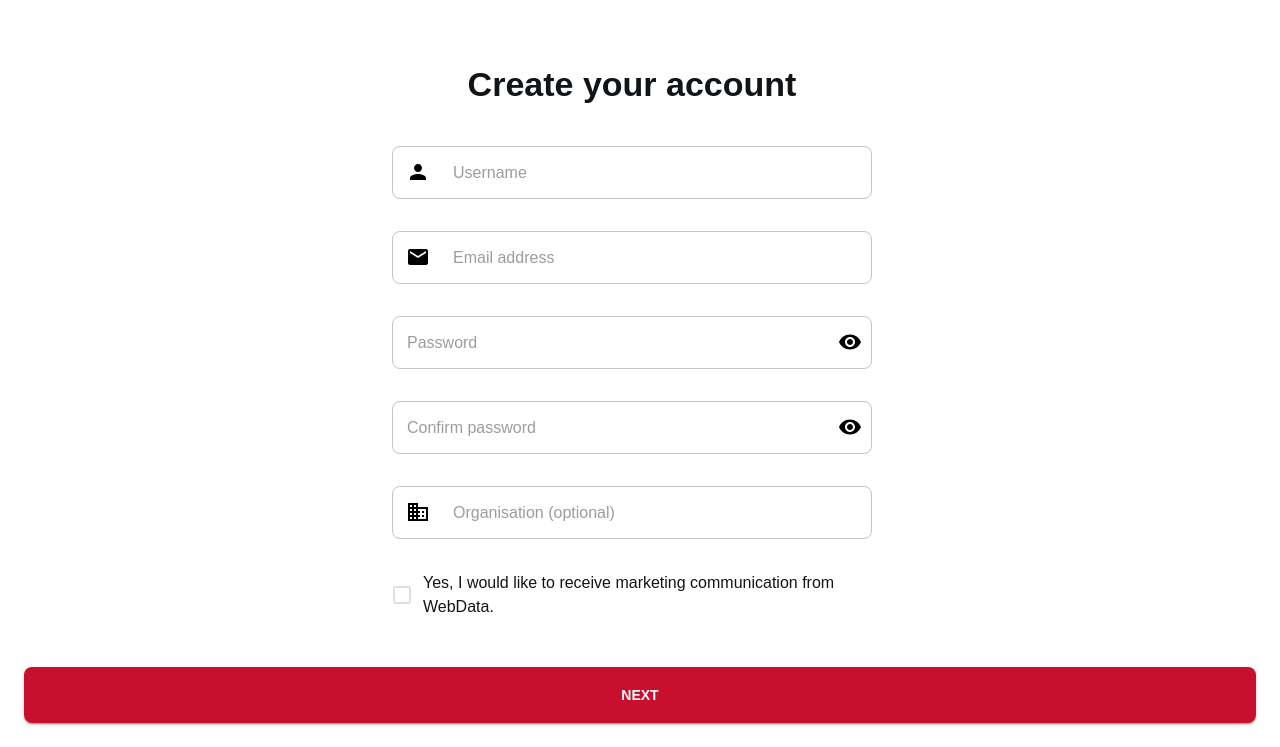
Repository: Pascal-Ahmadu/Tender-download-system
Page: /register (app in frontend/)
An editor plug-in stored every save of this project. The page is shown before and after the next save, followed by the edit.
The browser window is 1280 px wide. The pictures show the whole page.
The page's requests for data from a server got no answer. Some web fonts or font styles are not loaded; a fallback is used. The project was rebuilt for these pictures with package versions that can differ from the ones it lists, and the page was loaded fresh each time. No one was signed in, and anything a server would have sent is missing. Also part of the build but not shown: frontend/vite.config.js, frontend/src/components/pages/LoginPage.jsx.

Above is the page before, as saved 2024-07-31 08:12:43.

### frontend/index.html
<!DOCTYPE html>
<html lang="en">
  <head>
    <meta charset="UTF-8" />
    <link rel="icon" type="image/svg+xml" href="/vite.svg" />
    <link
      href="https://fonts.googleapis.com/css2?family=Bento:wght@400;700&display=swap"
      rel="stylesheet"
    />

    <meta name="viewport" content="width=device-width, initial-scale=1.0" />
    <title>Vite + React</title>
  </head>
  <body>
    <div id="root"></div>
    <script type="module" src="/src/main.jsx"></script>
  </body>
</html>

### frontend/src/main.jsx
import React from "react";
import ReactDOM from "react-dom/client";
import App from "./App.jsx";
import "./index.css";
import { AuthProvider } from "./components/contexts/AuthContext.jsx";

ReactDOM.createRoot(document.getElementById("root")).render(
  <React.StrictMode>
    <AuthProvider>
      <App />
    </AuthProvider>
  </React.StrictMode>
);

### frontend/src/App.jsx
import React from "react";
import { BrowserRouter as Router, Routes, Route } from "react-router-dom";
import LoginPage from "./components/pages/LoginPage";
import RegistrationForm from "./components/pages/RegistrationPage";
import { createTheme, ThemeProvider } from "@mui/material/styles";

// Create a theme instance
const theme = createTheme({
  typography: {
    fontFamily: "Bento, sans-serif",
  },
});

const app = () => {
  return (
    <ThemeProvider theme={theme}>
      <Router>
        <Routes>
          <Route path="/" element={<LoginPage />} />
          <Route path="/register" element={<RegistrationForm />} />
        </Routes>
      </Router>
    </ThemeProvider>
  );
};

export default app;

### frontend/src/index.css
:root {
  font-family: "Bento", sans-serif;

  line-height: 1.5;
  font-weight: 400;

  color-scheme: white;
  color: rgba(255, 255, 255, 0.87);
  background-color: white;

  font-synthesis: none;
  text-rendering: optimizeLegibility;
  -webkit-font-smoothing: antialiased;
  -moz-osx-font-smoothing: grayscale;
}

body {
  font-family: "Merriweather", serif;
}

a {
  font-weight: 500;
  color: #646cff;
  text-decoration: inherit;
}
a:hover {
  color: #535bf2;
}

h1 {
  font-size: 3.2em;
  line-height: 1.1;
}

button {
  border-radius: 8px;
  border: 1px solid transparent;
  padding: 0.6em 1.2em;
  font-size: 1em;
  font-weight: 500;
  font-family: inherit;
  background-color: #1a1a1a;
  cursor: pointer;
  transition: border-color 0.25s;
}
button:hover {
  border-color: #646cff;
}
button:focus,
button:focus-visible {
  outline: 4px auto -webkit-focus-ring-color;
}

@media (prefers-color-scheme: light) {
  :root {
    color: #213547;
    background-color: #ffffff;
  }
  a:hover {
    color: #747bff;
  }
  button {
    background-color: #f9f9f9;
  }
}

### frontend/src/components/contexts/AuthContext.jsx
import React, { createContext, useState, useEffect, useContext } from "react";
import axios from "axios";

const API_BASE_URL = "http://localhost:5000";

axios.defaults.baseURL = API_BASE_URL;

const AuthContext = createContext();

const AuthProvider = ({ children }) => {
  const [user, setUser] = useState(null);

  // Fetch user on app load
  useEffect(() => {
    const fetchUser = async () => {
      try {
        const res = await axios.get("/api/auth/current", {
          withCredentials: true,
        });
        setUser(res.data.user);
      } catch (err) {
        console.error(err.response ? err.response.data.msg : err.message);
      }
    };

    fetchUser();
  }, []);

  const register = async (email, password) => {
    try {
      await axios.post(
        "/api/auth/register",
        { email, password },
        { withCredentials: true }
      );
      // Optionally fetch user data if needed
    } catch (err) {
      throw new Error(err.response ? err.response.data.msg : err.message);
    }
  };

  const login = async (email, password) => {
    try {
      await axios.post(
        "/api/auth/login",
        { email, password },
        { withCredentials: true }
      );
      const res = await axios.get("/api/auth/current", {
        withCredentials: true,
      });
      setUser(res.data.user);
    } catch (err) {
      throw new Error(err.response ? err.response.data.msg : err.message);
    }
  };

  const logout = async () => {
    try {
      await axios.post("/api/auth/logout", {}, { withCredentials: true });
      setUser(null);
    } catch (err) {
      console.error(err.response ? err.response.data.msg : err.message);
    }
  };

  return (
    <AuthContext.Provider value={{ user, register, login, logout }}>
      {children}
    </AuthContext.Provider>
  );
};

// Custom hook to use the AuthContext
const useAuth = () => {
  const context = useContext(AuthContext);
  if (context === undefined) {
    throw new Error("useAuth must be used within an AuthProvider");
  }
  return context;
};

export { AuthProvider, useAuth };

### frontend/src/components/pages/RegistrationPage.jsx
import React, { useState, useEffect } from "react";
import {
  TextField,
  Button,
  Box,
  Typography,
  Checkbox,
  FormControlLabel,
  InputAdornment,
  IconButton,
  LinearProgress,
  FormHelperText,
} from "@mui/material";
import {
  Visibility,
  VisibilityOff,
  Person,
  Email,
  Business,
} from "@mui/icons-material";

function SignupForm() {
  const [showPassword, setShowPassword] = useState(false);
  const [password, setPassword] = useState("");
  const [confirmPassword, setConfirmPassword] = useState("");
  const [passwordStrength, setPasswordStrength] = useState(0);
  const [passwordEntered, setPasswordEntered] = useState(false);
  const [passwordValid, setPasswordValid] = useState({
    length: false,
    uppercase: false,
    lowercase: false,
    symbol: false,
  });
  const [showRequirements, setShowRequirements] = useState(false);
  const [typingTimeout, setTypingTimeout] = useState(null);

  const handleClickShowPassword = () => setShowPassword(!showPassword);

  const handlePasswordChange = (event) => {
    const password = event.target.value;
    setPassword(password);
    setPasswordEntered(true);
    setShowRequirements(true);

    // Check password validity
    const lengthValid = password.length >= 8 && password.length <= 16;
    const uppercaseValid = /[A-Z]/.test(password);
    const lowercaseValid = /[a-z]/.test(password);
    const symbolValid = /[!@#$%^&*(),.?":{}|<>]/.test(password);

    setPasswordValid({
      length: lengthValid,
      uppercase: uppercaseValid,
      lowercase: lowercaseValid,
      symbol: symbolValid,
    });

    // Calculate strength
    setPasswordStrength(
      (lengthValid + uppercaseValid + lowercaseValid + symbolValid) * 25
    );

    // Clear previous timeout
    if (typingTimeout) clearTimeout(typingTimeout);

    // Set a new timeout
    setTypingTimeout(
      setTimeout(() => {
        setShowRequirements(false);
      }, 2000)
    ); // Hide after 2 seconds of inactivity
  };

  const handleConfirmPasswordChange = (event) => {
    setConfirmPassword(event.target.value);
  };

  const getStrengthColor = () => {
    if (passwordStrength <= 33) return "#f44336"; // Red for weak
    if (passwordStrength <= 66) return "#ff9800"; // Orange for medium
    return "#4caf50"; // Green for strong
  };

  const passwordsMatch = password === confirmPassword;

  useEffect(() => {
    // Cleanup on component unmount
    return () => {
      if (typingTimeout) clearTimeout(typingTimeout);
    };
  }, [typingTimeout]);

  return (
    <Box
      sx={{
        display: "flex",
        flexDirection: "column",
        minHeight: "100vh",
        backgroundColor: "white",
        overflow: "hidden",
      }}
    >
      <Box
        sx={{
          display: "flex",
          flexDirection: "column",
          flex: 1,
          justifyContent: "center",
          alignItems: "center",
          px: 2,
          py: 4,
        }}
      >
        <Box
          sx={{
            display: "flex",
            flexDirection: "column",
            width: "100%",
            maxWidth: "480px",
            boxSizing: "border-box",
            ml: -2, // Move the form to the left
          }}
        >
          <Typography
            variant="h4"
            sx={{
              fontWeight: "bold",
              textAlign: "center",
              color: "#111518",
              py: 3,
            }}
          >
            Create your account
          </Typography>
          <TextField
            placeholder="Username"
            fullWidth
            margin="normal"
            InputProps={{
              startAdornment: (
                <InputAdornment position="start">
                  <Person sx={{ color: "black" }} />
                </InputAdornment>
              ),
            }}
            sx={{
              "& .MuiOutlinedInput-root": {
                borderRadius: 2,
                borderColor: "#dbe1e6",
              },
              "& .MuiInputBase-input": {
                color: "#111518",
                p: "15px",
                fontSize: "1rem",
              },
              mb: 2,
            }}
          />
          <TextField
            placeholder="Email address"
            fullWidth
            margin="normal"
            InputProps={{
              startAdornment: (
                <InputAdornment position="start">
                  <Email sx={{ color: "black" }} />
                </InputAdornment>
              ),
            }}
            sx={{
              "& .MuiOutlinedInput-root": {
                borderRadius: 2,
                borderColor: "#dbe1e6",
              },
              "& .MuiInputBase-input": {
                color: "#111518",
                p: "15px",
                fontSize: "1rem",
              },
              mb: 2,
            }}
          />
          <TextField
            placeholder="Password"
            fullWidth
            type={showPassword ? "text" : "password"}
            onChange={handlePasswordChange}
            onFocus={() => setPasswordEntered(true)}
            margin="normal"
            InputProps={{
              endAdornment: (
                <InputAdornment position="end">
                  <IconButton onClick={handleClickShowPassword} edge="end">
                    {showPassword ? (
                      <VisibilityOff sx={{ color: "black" }} />
                    ) : (
                      <Visibility sx={{ color: "black" }} />
                    )}
                  </IconButton>
                </InputAdornment>
              ),
            }}
            sx={{
              "& .MuiOutlinedInput-root": {
                borderRadius: 2,
                borderColor: "#dbe1e6",
              },
              "& .MuiInputBase-input": {
                color: "#111518",
                p: "15px",
                fontSize: "1rem",
              },
              mb: 2,
            }}
          />
          {passwordEntered && showRequirements && (
            <Box sx={{ mb: 2 }}>
              <Typography variant="body2" sx={{ color: "#60778a", py: 1 }}>
                Password strength
              </Typography>
              <LinearProgress
                variant="determinate"
                value={passwordStrength}
                sx={{
                  height: 8,
                  borderRadius: 2,
                  backgroundColor: "#e0e0e0",
                  "& .MuiLinearProgress-bar": {
                    borderRadius: 2,
                    backgroundColor: getStrengthColor(),
                  },
                }}
              />
              <FormHelperText
                sx={{
                  color: "#60778a",
                  pt: 1,
                }}
              >
                <ul>
                  <li
                    style={{
                      color: passwordValid.length ? "#4caf50" : "#f44336",
                    }}
                  >
                    {passwordValid.length
                      ? "✔ Length between 8 and 16 characters"
                      : "✘ Length between 8 and 16 characters"}
                  </li>
                  <li
                    style={{
                      color: passwordValid.uppercase ? "#4caf50" : "#f44336",
                    }}
                  >
                    {passwordValid.uppercase
                      ? "✔ At least one uppercase letter"
                      : "✘ At least one uppercase letter"}
                  </li>
                  <li
                    style={{
                      color: passwordValid.lowercase ? "#4caf50" : "#f44336",
                    }}
                  >
                    {passwordValid.lowercase
                      ? "✔ At least one lowercase letter"
                      : "✘ At least one lowercase letter"}
                  </li>
                  <li
                    style={{
                      color: passwordValid.symbol ? "#4caf50" : "#f44336",
                    }}
                  >
                    {passwordValid.symbol
                      ? "✔ At least one symbol"
                      : "✘ At least one symbol"}
                  </li>
                </ul>
              </FormHelperText>
            </Box>
          )}
          <TextField
            placeholder="Confirm password"
            fullWidth
            type={showPassword ? "text" : "password"}
            onChange={handleConfirmPasswordChange}
            margin="normal"
            InputProps={{
              endAdornment: (
                <InputAdornment position="end">
                  <IconButton onClick={handleClickShowPassword} edge="end">
                    {showPassword ? (
                      <VisibilityOff sx={{ color: "black" }} />
                    ) : (
                      <Visibility sx={{ color: "black" }} />
                    )}
                  </IconButton>
                </InputAdornment>
              ),
            }}
            sx={{
              "& .MuiOutlinedInput-root": {
                borderRadius: 2,
                borderColor: "#dbe1e6",
              },
              "& .MuiInputBase-input": {
                color: "#111518",
                p: "15px",
                fontSize: "1rem",
              },
              mb: 2,
            }}
          />
          {!passwordsMatch && confirmPassword.length > 0 && (
            <FormHelperText sx={{ color: "#f44336" }}>
              Passwords do not match
            </FormHelperText>
          )}
          <TextField
            placeholder="Organisation (optional)"
            fullWidth
            margin="normal"
            InputProps={{
              startAdornment: (
                <InputAdornment position="start">
                  <Business sx={{ color: "black" }} />
                </InputAdornment>
              ),
            }}
            sx={{
              "& .MuiOutlinedInput-root": {
                borderRadius: 2,
                borderColor: "#dbe1e6",
              },
              "& .MuiInputBase-input": {
                color: "#111518",
                p: "15px",
                fontSize: "1rem",
              },
              mb: 2,
            }}
          />
          <FormControlLabel
            control={
              <Checkbox
                sx={{
                  color: "#dbe1e6",
                  "&.Mui-checked": {
                    color: "#2094f3",
                  },
                }}
              />
            }
            label="Yes, I would like to receive marketing communication from WebData."
            sx={{ color: "#111518", mt: 2 }}
          />
        </Box>
      </Box>
      <Box
        component="footer"
        sx={{
          display: "flex",
          justifyContent: "center",
          px: 2,
          py: 2,
        }}
      >
        <Button
          variant="contained"
          fullWidth // Make the button span the width of its container
          sx={{
            bgcolor: "#c8102e", // Button color
            color: "white",
            fontWeight: "bold",
            borderRadius: 2,
            py: 1.5, // Adjust vertical padding for height
            height: 56, // Match the height of text fields
            "&:hover": {
              bgcolor: "#a50f1d", // Slightly darker on hover
            },
          }}
        >
          Next
        </Button>
      </Box>
    </Box>
  );
}

export default SignupForm;

After the next save:
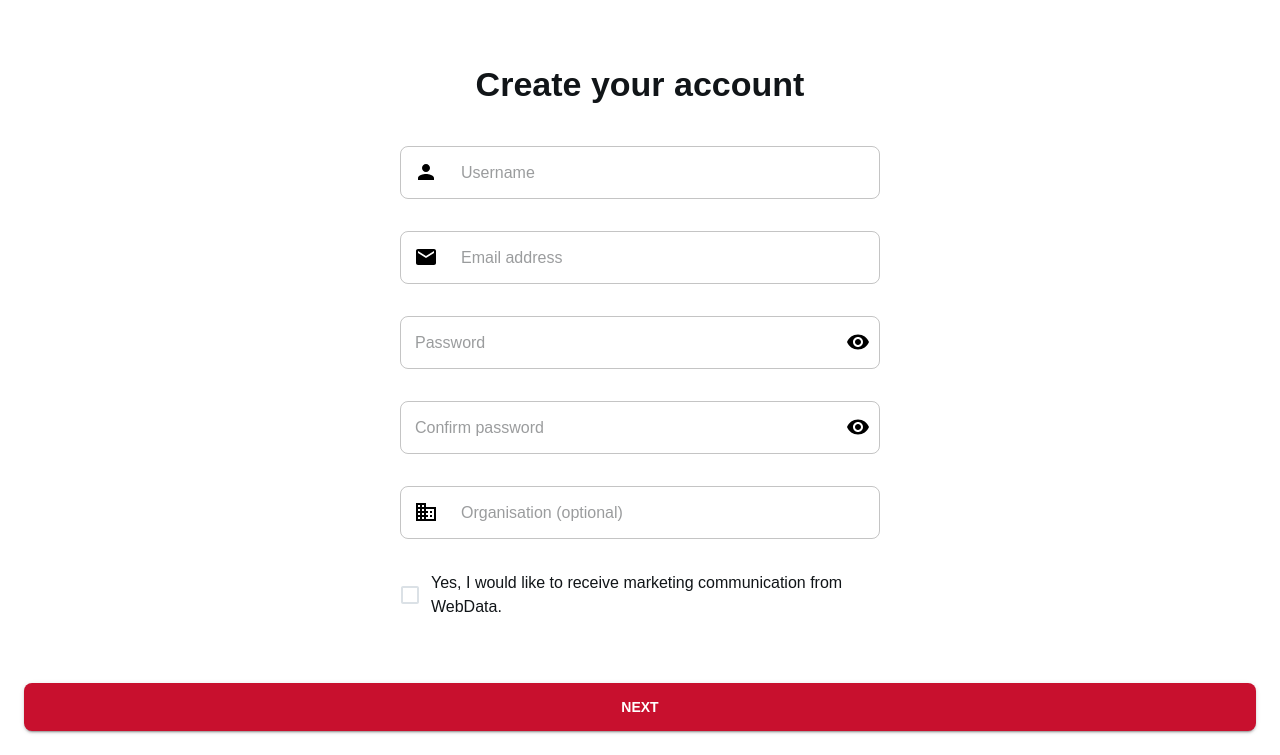
Saved 102 s later.
--- a/frontend/src/components/pages/RegistrationPage.jsx
+++ b/frontend/src/components/pages/RegistrationPage.jsx
@@ -118,7 +118,6 @@ function SignupForm() {
             width: "100%",
             maxWidth: "480px",
             boxSizing: "border-box",
-            ml: -2, // Move the form to the left
           }}
         >
           <Typography
@@ -373,7 +372,8 @@ function SignupForm() {
             fontWeight: "bold",
             borderRadius: 2,
             py: 1.5, // Adjust vertical padding for height
-            height: 56, // Match the height of text fields
+            mt: 2, // Margin top for spacing
+            // The height is now controlled by the padding and the fullWidth ensures the width matches the text fields
             "&:hover": {
               bgcolor: "#a50f1d", // Slightly darker on hover
             },
